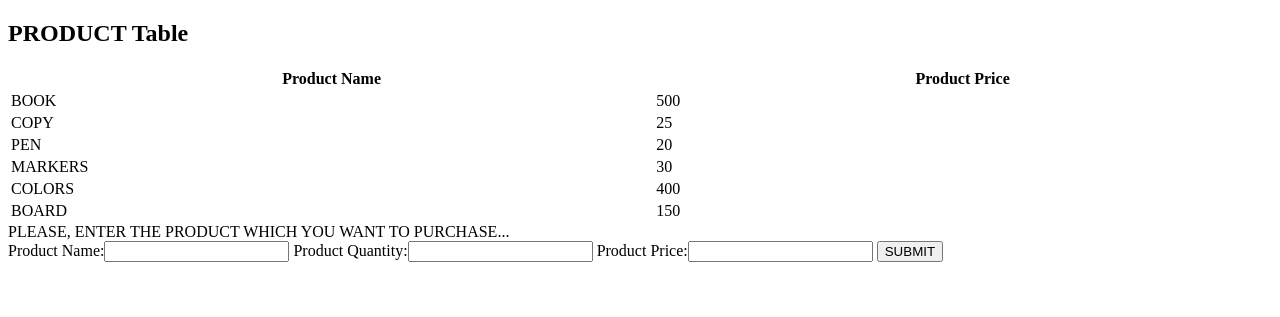
Repository: Muskan-Garg696/muskan_training
Page: WebApplicationProject1/CheckAge/WebContent/Home.html
These files come from the project's save history. The page is drawn as it stood at one moment and after the next save; the edit follows.
The browser window is 1280 px wide. The pictures show the whole page.

Above is the page before, as saved 2019-09-06 10:33:00.

### WebApplicationProject1/CheckAge/WebContent/Home.html
<!DOCTYPE html>
<html>
<head>
<meta charset="ISO-8859-1">
<title>Insert title here</title>
</head>
<body>

<h2>PRODUCT Table</h2>

<table style="width:100%">
  <tr>
    <th>Product Name</th>

    <th>Product Price</th>
  </tr>
  <tr>
    <td>BOOK</td>

    <td>500</td>
  </tr>
  <tr>
    <td>COPY</td>

    <td>25</td>
  </tr>
  <tr>
    <td>PEN</td>

    <td>20</td>
  </tr>

  <tr>
    <td>MARKERS</td>

    <td>30</td>
  </tr>
  <tr>
    <td>COLORS</td>

    <td>400</td>
  </tr>
  <tr>
    <td>BOARD</td>

    <td>150</td>
  </tr>
</table>

PLEASE,
ENTER THE PRODUCT WHICH YOU WANT TO PURCHASE...
<form action="CheckAge" method="post">
Product Name:<input type="text" name="name" >
Product Quantity:<input type="text" name="quantity" >
Product Price:<input type="text" name="price" >
<INPUT TYPE="SUBMIT" NAME="SUBMIT" VALUE="SUBMIT">


</form>
</body>
</html>

After the next save:
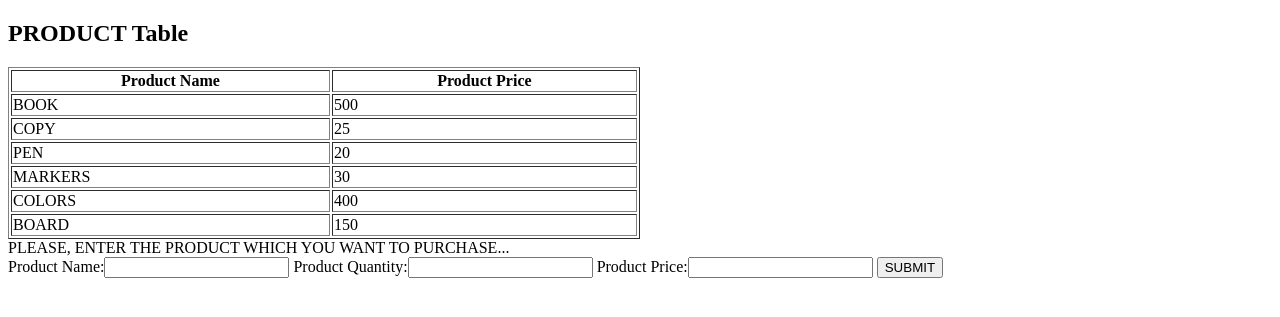
Saved 60 s later.
--- a/WebApplicationProject1/CheckAge/WebContent/Home.html
+++ b/WebApplicationProject1/CheckAge/WebContent/Home.html
@@ -8,7 +8,7 @@
 
 <h2>PRODUCT Table</h2>
 
-<table style="width:100%">
+<table WIDTH='50%' BORDER='1PX'>
   <tr>
     <th>Product Name</th>
 
